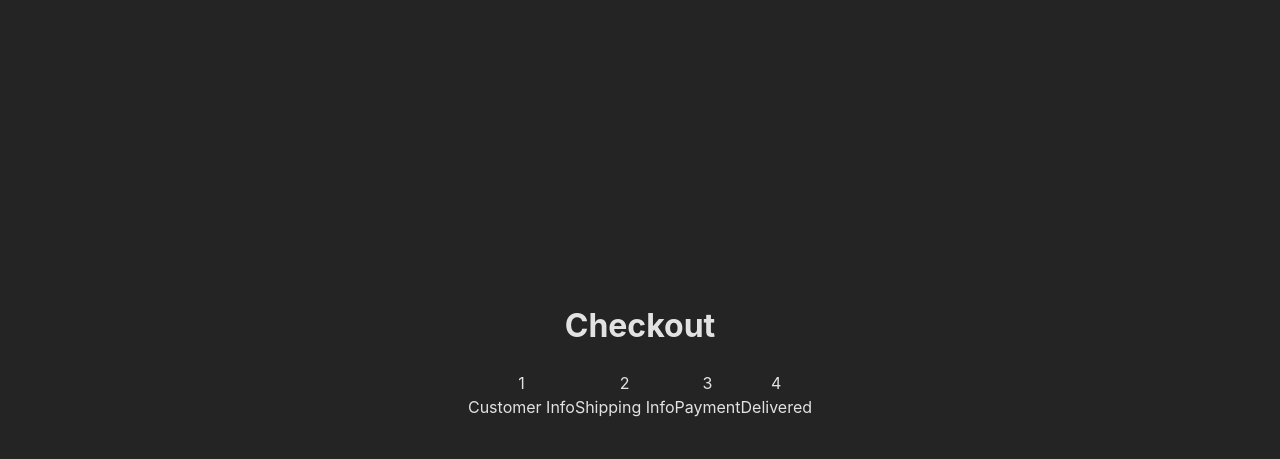
Repository: s-babaeizadeh/stepper-react
Page: /
These files come from the project's save history. The page is drawn as it stood at one moment and after the next save; the edit follows.
The browser window is 1280 px wide. The pictures show the whole page.
The project was rebuilt for these pictures with package versions that can differ from the ones it lists, and the page was loaded fresh each time. Also part of the build but not shown: vite.config.js.

Above is the page before, as saved 2024-08-04 15:31:53.

After the next save:
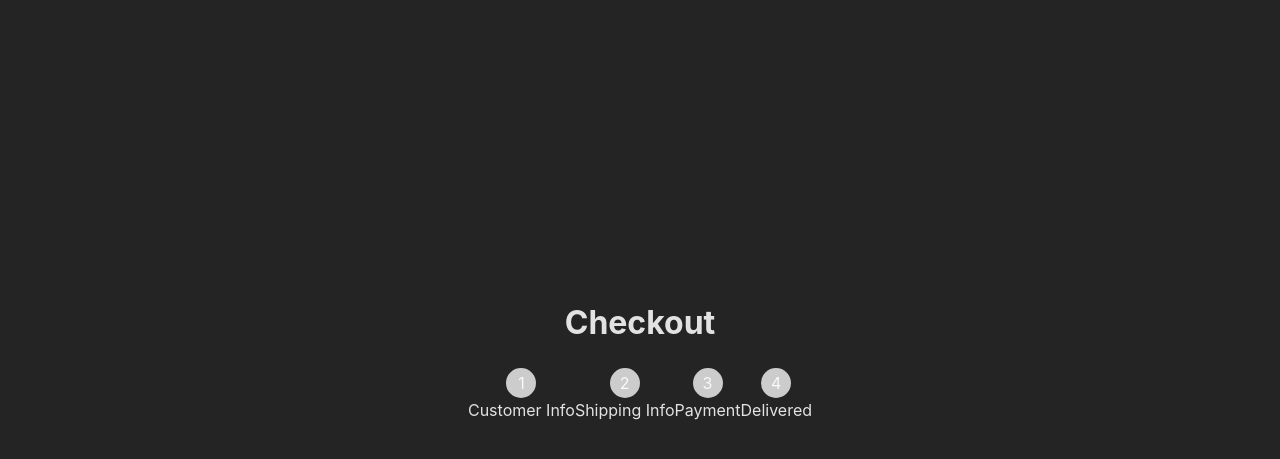
Saved 3 min 38 s later.
--- a/src/index.css
+++ b/src/index.css
@@ -35,3 +35,14 @@ body {
   align-items: center;
   position: relative;
 }
+
+.step-number {
+  width: 30px;
+  height: 30px;
+  border-radius: 50%;
+  background-color: #ccc;
+  display: flex;
+  justify-content: center;
+  align-items: center;
+  z-index: 2;
+}
